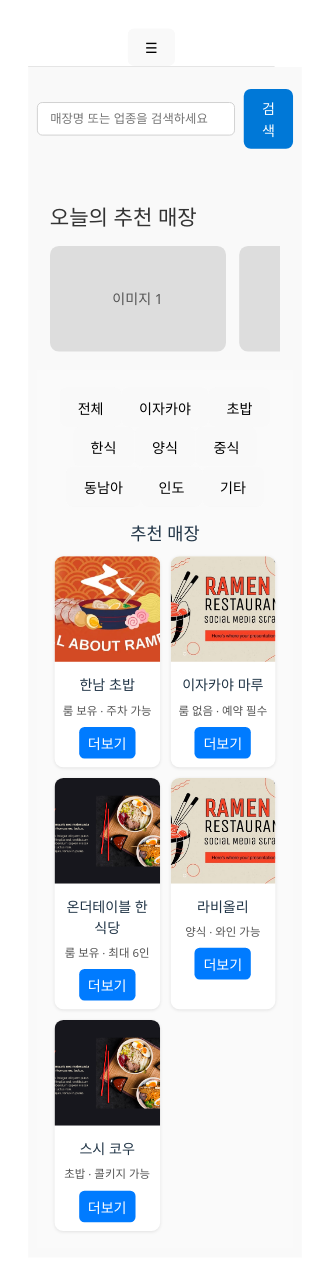
Repository: noiredex/Choplan-API
Page: / (app in choplan/frontend_main/)
These files come from the project's save history. The page is drawn as it stood at one moment and after the next save; the edit follows.
The browser window is 375 px wide. The pictures show the whole page, at 88% of full size.
The project was rebuilt for these pictures with package versions that can differ from the ones it lists, and the page was loaded fresh each time. Also part of the build but not shown: choplan/frontend_main/vite.config.js, choplan/frontend_main/vite.config.ts, choplan/frontend_main/src/styles/StoreDetailPage.css, choplan/frontend_main/src/pages/StoreDetailPage.jsx.

Above is the page before, as saved 2025-10-22 12:31:36.

### choplan/frontend_main/index.html
<!doctype html>
<html lang="en">
  <head>
    <meta charset="UTF-8" />
    <link rel="icon" type="image/svg+xml" href="/vite.svg" />
    <meta name="viewport" content="width=device-width, initial-scale=1.0" />
    <title>frontend_main</title>
  </head>
  <body>
    <div id="root"></div>
    <script type="module" src="/src/main.jsx"></script>
  </body>
</html>

### choplan/frontend_main/src/App.jsx
import { Routes, Route } from "react-router-dom";
import HomePage from "./pages/HomePage";
import StoreDetailPage from "./pages/StoreDetailPage";
import "./App.css";

export default function App() {
  return (
    <Routes>
      <Route path="/" element={<HomePage />} />
      <Route path="/store/:id" element={<StoreDetailPage />} />
    </Routes>
  );
}

### choplan/frontend_main/src/pages/Homepage.jsx
import React, { useState } from "react";
import Sidebar from "../components/common/Sidebar";
import SearchBar from "../components/home/SearchBar";
import BannerSlider from "../components/home/BannerSlider";
import RecommendedStores from "../components/home/RecommendedStores";
import "../styles/HomePage.css";

export default function HomePage() {
  const [selectedCategory, setSelectedCategory] = useState("전체"); // 기본값 유지
  const [searchQuery, setSearchQuery] = useState("");

  return (
    <div className="homepage-container">
      {/* Sidebar - 양방향 동기화 유지 */}
      <Sidebar
        selectedCategory={selectedCategory}
        onSelectCategory={setSelectedCategory}
        searchQuery={searchQuery}
      />

      <div className="main-content">
        {/* SearchBar */}
        <SearchBar onSearch={setSearchQuery} />

        {/* 배너 (자사 이벤트 or 공지 배너용) */}
        <BannerSlider />

        {/* 추천 매장 리스트 (검색 & 카테고리 동시 반영) */}
        <RecommendedStores
          selectedCategory={selectedCategory}
          searchQuery={searchQuery}
        />
      </div>
    </div>
  );
}

### choplan/frontend_main/src/components/common/Sidebar.jsx
import React, { useState, useEffect } from "react";
import "../../styles/Sidebar.css";

const categories = [
  "전체", // 모든 매장 보기
  "다이닝",
  "뷔페",
  "미쉐린",
  "이자카야",
  "초밥",
  "한식",
  "양식",
  "중식",
  "동남아",
  "인도",
  "기타",
];

export default function Sidebar({ selectedCategory, onSelectCategory, searchQuery }) {
  const [isOpen, setIsOpen] = useState(false);

  // 검색어 → 카테고리 자동 반영
  useEffect(() => {
    if (searchQuery && categories.includes(searchQuery)) {
      onSelectCategory(searchQuery);
    } else if (!searchQuery && selectedCategory !== "전체") {
      onSelectCategory("전체");
    }
  }, [searchQuery]);

  return (
    <div className={`sidebar ${isOpen ? "open" : ""}`}>
      <button className="sidebar-toggle" onClick={() => setIsOpen(!isOpen)}>
        ☰
      </button>

      {isOpen && (
        <ul className="sidebar-list">
          {categories.map((category) => (
            <li
              key={category}
              className={selectedCategory === category ? "active" : ""}
              onClick={() => onSelectCategory(category)}
            >
              {category}
            </li>
          ))}
        </ul>
      )}
    </div>
  );
}

### choplan/frontend_main/src/components/home/SearchBar.jsx
import React, { useState } from "react";
import "../../styles/SearchBar.css";

export default function SearchBar({ onSearch }) {
  const [query, setQuery] = useState("");

  const handleInputChange = (e) => {
    setQuery(e.target.value);
  };

  const handleSearch = (e) => {
    e.preventDefault();
    onSearch(query);
  };

  return (
    <form className="search-bar" onSubmit={handleSearch}>
      <input
        type="text"
        placeholder="매장명 또는 업종을 검색하세요"
        value={query}
        onChange={handleInputChange}
      />
      <button type="submit">검색</button>
    </form>
  );
}

### choplan/frontend_main/src/components/home/BannerSlider.jsx
import React from "react";
import "../../styles/BannerSlider.css"; // 스타일 파일 경로

export default function BannerSlider() {
  return (
    <div className="banner-slider">
      <div className="banner-content">
        <h2 className="banner-title">오늘의 추천 매장</h2>
        <div className="banner-slides">
          {/* TODO: 슬라이더 라이브러리 연결 전 임시 영역 */}
          <div className="slide-item">이미지 1</div>
          <div className="slide-item">이미지 2</div>
          <div className="slide-item">이미지 3</div>
        </div>
      </div>
    </div>
  );
}

### choplan/frontend_main/src/components/home/RecommendedStores.jsx
import React from "react";
import "../../styles/RecommendedStores.css";

const storeList = [
  { id: 1, name: "한남 초밥", desc: "룸 보유 · 주차 가능", category: "초밥", image: "/assets/banner1.jpg" },
  { id: 2, name: "이자카야 마루", desc: "룸 없음 · 예약 필수", category: "이자카야", image: "/assets/banner2.jpg" },
  { id: 3, name: "온더테이블 한식당", desc: "룸 보유 · 최대 6인", category: "한식", image: "/assets/banner3.jpg" },
  { id: 4, name: "라비올리", desc: "양식 · 와인 가능", category: "양식", image: "/assets/banner2.jpg" },
  { id: 5, name: "스시 코우", desc: "초밥 · 콜키지 가능", category: "초밥", image: "/assets/banner3.jpg" },
];

export default function RecommendedStores({ selectedCategory, onCategoryChange }) {
  const categories = ["전체", "이자카야", "초밥", "한식", "양식", "중식", "동남아", "인도", "기타"];

  const filteredStores =
    selectedCategory === "전체"
      ? storeList
      : storeList.filter((store) => store.category === selectedCategory);

  return (
    <section className="recommended-stores">
      <div className="category-buttons">
        {categories.map((cat) => (
          <button
            key={cat}
            onClick={() => onCategoryChange(cat)}
            className={selectedCategory === cat ? "active" : ""}
          >
            {cat}
          </button>
        ))}
      </div>

      <h2>{selectedCategory === "전체" ? "추천 매장" : `${selectedCategory} 매장`}</h2>

      <div className="store-grid">
        {filteredStores.map((store) => (
          <div key={store.id} className="store-card">
            <img src={store.image} alt={store.name} />
            <h3>{store.name}</h3>
            <p>{store.desc}</p>
            <button>더보기</button>
          </div>
        ))}
      </div>
    </section>
  );
}

### choplan/frontend_main/src/styles/HomePage.css
/* ===== 기본 구조 ===== */
.home-container {
  display: flex;
  flex-direction: row;
  width: 100%;
  min-height: 100vh;
  background-color: #f9f9f9;
  overflow: hidden;
}

/* ===== 사이드바 ===== */
.sidebar {
  width: 250px;
  min-width: 200px;
  max-width: 280px;
  background-color: #ffffff;
  border-right: 1px solid #ddd;
  overflow-y: auto;
  transition: all 0.3s ease;
}

.sidebar-list {
  list-style: none;
  margin: 0;
  padding: 0;
}

.sidebar-list li {
  padding: 14px 18px;
  border-bottom: 1px solid #eee;
  cursor: pointer;
  transition: background 0.2s;
}

.sidebar-list li:hover,
.sidebar-list li.active {
  background-color: #f0f0f0;
}

/* ===== 메인 콘텐츠 ===== */
.main-content {
  flex: 1;
  padding: 24px;
  overflow-y: auto;
  background-color: #f9f9f9;
  display: flex;
  flex-direction: column;
  align-items: stretch;
}

.search-bar {
  margin-bottom: 20px;
}

.search-bar input {
  width: 100%;
  padding: 10px 14px;
  border: 1px solid #ccc;
  border-radius: 6px;
  font-size: 16px;
}

/* ===== PC / 데스크탑 (>=1025px) ===== */
@media (min-width: 1025px) {
  .home-container {
    flex-direction: row;
  }

  .sidebar {
    position: relative;
    height: 100vh;
  }

  .main-content {
    padding: 24px 40px;
  }
}

/* ===== 태블릿 (<=1024px) ===== */
@media (max-width: 1024px) {
  .home-container {
    flex-direction: column;
  }

  .sidebar {
    width: 100%;
    height: auto;
    border-right: none;
    border-bottom: 1px solid #ddd;
  }

  .sidebar-list {
    display: flex;
    flex-wrap: nowrap;
    overflow-x: auto;
  }

  .sidebar-list li {
    flex: 0 0 auto;
    border-bottom: none;
    border-right: 1px solid #eee;
    white-space: nowrap;
  }

  .main-content {
    padding: 16px;
  }
}

/* ===== 모바일 (<=600px) ===== */
@media (max-width: 600px) {
  .home-container {
    flex-direction: column;
  }

  .sidebar-list li {
    font-size: 14px;
    padding: 10px 12px;
  }

  .main-content {
    padding: 10px;
  }

  .search-bar input {
    width: 100%;
    font-size: 14px;
  }
}

### choplan/frontend_main/src/styles/Sidebar.css
.recommended-stores {
  padding: 20px;
  background: #fafafa;
}

.recommended-stores h2 {
  font-size: 20px;
  margin-bottom: 10px;
}

.category-filter {
  display: flex;
  gap: 8px;
  overflow-x: auto;
  margin-bottom: 16px;
}

.category-btn {
  padding: 8px 14px;
  border-radius: 20px;
  background: #e8e8e8;
  border: none;
  cursor: pointer;
  transition: all 0.2s;
  white-space: nowrap;
}

.category-btn.active {
  background: #007bff;
  color: white;
}

.store-grid {
  display: grid;
  grid-template-columns: 1fr 1fr;
  gap: 12px;
}

.store-card {
  background: white;
  border-radius: 10px;
  overflow: hidden;
  box-shadow: 0 1px 4px rgba(0, 0, 0, 0.1);
}

.store-card img {
  width: 100%;
  height: 120px;
  object-fit: cover;
}

.store-card h3 {
  margin: 8px;
  font-size: 16px;
}

.store-card p {
  margin: 0 8px 8px;
  color: #555;
  font-size: 13px;
}

.store-card button {
  margin: 0 8px 10px;
  padding: 6px 10px;
  border-radius: 6px;
  background: #007bff;
  color: white;
  border: none;
  cursor: pointer;
}

### choplan/frontend_main/src/styles/SearchBar.css
.search-bar {
  display: flex;
  justify-content: center;
  align-items: center;
  margin: 15px 0 25px 0;
  gap: 10px;
}

.search-bar input {
  width: 70%;
  padding: 10px 14px;
  border: 1px solid #ccc;
  border-radius: 8px;
  font-size: 1rem;
}

.search-bar button {
  background-color: #0078d7;
  color: white;
  border: none;
  padding: 10px 18px;
  border-radius: 8px;
  cursor: pointer;
  transition: background 0.2s ease;
}

.search-bar button:hover {
  background-color: #005fa3;
}

### choplan/frontend_main/src/styles/BannerSlider.css
.banner-slider {
  width: 100%;
  background-color: #f9f9f9;
  padding: 20px 0;
  display: flex;
  justify-content: center;
  align-items: center;
}

.banner-content {
  width: 90%;
  max-width: 1200px;
}

.banner-title {
  font-size: 1.5rem;
  font-weight: 600;
  margin-bottom: 15px;
  text-align: left;
  color: #333;
}

.banner-slides {
  display: flex;
  gap: 15px;
  overflow-x: auto;
}

.slide-item {
  flex: 0 0 200px;
  height: 120px;
  background-color: #ddd;
  border-radius: 10px;
  display: flex;
  align-items: center;
  justify-content: center;
  color: #555;
  font-weight: 500;
}

### choplan/frontend_main/src/styles/RecommendedStores.css
.recommended-stores {
  padding: 20px;
  background: #fafafa;
}

.recommended-stores h2 {
  font-size: 20px;
  margin-bottom: 10px;
}

.category-filter {
  display: flex;
  gap: 8px;
  overflow-x: auto;
  margin-bottom: 16px;
}

.category-btn {
  padding: 8px 14px;
  border-radius: 20px;
  background: #e8e8e8;
  border: none;
  cursor: pointer;
  transition: all 0.2s;
  white-space: nowrap;
}

.category-btn.active {
  background: #007bff;
  color: white;
}

.store-grid {
  display: grid;
  grid-template-columns: 1fr 1fr;
  gap: 12px;
}

.store-card {
  background: white;
  border-radius: 10px;
  overflow: hidden;
  box-shadow: 0 1px 4px rgba(0, 0, 0, 0.1);
}

.store-card img {
  width: 100%;
  height: 120px;
  object-fit: cover;
}

.store-card h3 {
  margin: 8px;
  font-size: 16px;
}

.store-card p {
  margin: 0 8px 8px;
  color: #555;
  font-size: 13px;
}

.store-card button {
  margin: 0 8px 10px;
  padding: 6px 10px;
  border-radius: 6px;
  background: #007bff;
  color: white;
  border: none;
  cursor: pointer;
}

Loaded but not shown: choplan/frontend_main/src/main.jsx (common file); choplan/frontend_main/src/index.css (common file); choplan/frontend_main/src/App.css (common file)

After the next save:
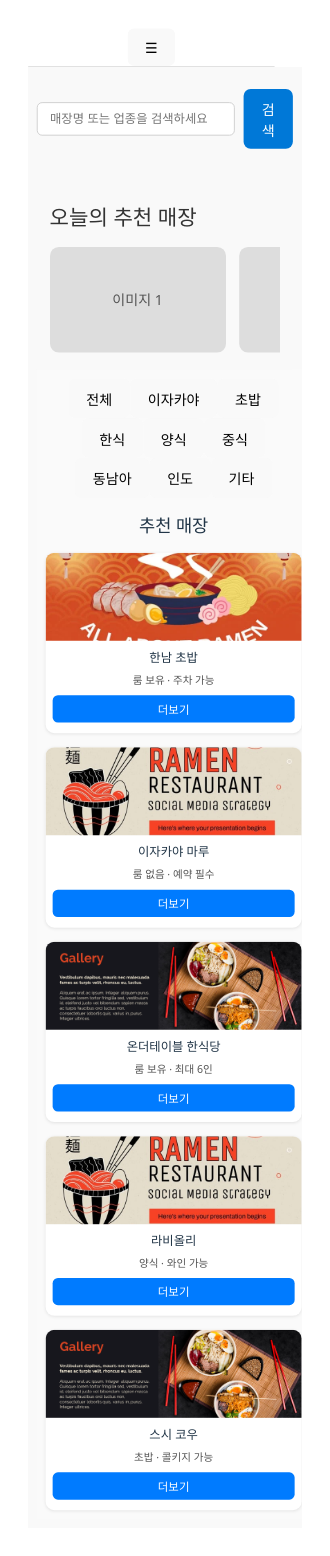
Saved 22 s later.
--- a/choplan/frontend_main/src/styles/RecommendedStores.css
+++ b/choplan/frontend_main/src/styles/RecommendedStores.css
@@ -1,15 +1,19 @@
+/* ===== 기본 구조 ===== */
 .recommended-stores {
   padding: 20px;
   background: #fafafa;
+  width: 100%;
 }
 
 .recommended-stores h2 {
   font-size: 20px;
-  margin-bottom: 10px;
+  margin-bottom: 16px;
 }
 
+/* ===== 카테고리 버튼 ===== */
 .category-filter {
   display: flex;
+  flex-wrap: wrap;
   gap: 8px;
   overflow-x: auto;
   margin-bottom: 16px;
@@ -23,6 +27,11 @@
   cursor: pointer;
   transition: all 0.2s;
   white-space: nowrap;
+  font-size: 14px;
+}
+
+.category-btn:hover {
+  background: #d6d6d6;
 }
 
 .category-btn.active {
@@ -30,10 +39,11 @@
   color: white;
 }
 
+/* ===== 매장 카드 영역 ===== */
 .store-grid {
   display: grid;
-  grid-template-columns: 1fr 1fr;
-  gap: 12px;
+  grid-template-columns: repeat(2, 1fr);
+  gap: 16px;
 }
 
 .store-card {
@@ -41,31 +51,94 @@
   border-radius: 10px;
   overflow: hidden;
   box-shadow: 0 1px 4px rgba(0, 0, 0, 0.1);
+  display: flex;
+  flex-direction: column;
+  justify-content: space-between;
+  transition: transform 0.2s;
+}
+
+.store-card:hover {
+  transform: translateY(-2px);
 }
 
 .store-card img {
   width: 100%;
-  height: 120px;
+  height: 140px;
   object-fit: cover;
 }
 
 .store-card h3 {
   margin: 8px;
   font-size: 16px;
+  font-weight: 600;
 }
 
 .store-card p {
   margin: 0 8px 8px;
   color: #555;
   font-size: 13px;
+  line-height: 1.4;
 }
 
 .store-card button {
-  margin: 0 8px 10px;
-  padding: 6px 10px;
+  margin: 0 8px 12px;
+  padding: 8px 12px;
   border-radius: 6px;
   background: #007bff;
   color: white;
   border: none;
   cursor: pointer;
+  transition: all 0.2s;
 }
+
+.store-card button:hover {
+  background: #0056b3;
+}
+
+/* ===== 태블릿 (1024px 이하) ===== */
+@media (max-width: 1024px) {
+  .recommended-stores {
+    padding: 16px;
+  }
+
+  .store-grid {
+    grid-template-columns: 1fr 1fr;
+  }
+
+  .store-card img {
+    height: 120px;
+  }
+}
+
+/* ===== 모바일 (600px 이하) ===== */
+@media (max-width: 600px) {
+  .recommended-stores {
+    padding: 10px;
+  }
+
+  .category-filter {
+    flex-wrap: nowrap;
+    overflow-x: auto;
+  }
+
+  .store-grid {
+    grid-template-columns: 1fr;
+  }
+
+  .store-card img {
+    height: 100px;
+  }
+
+  .store-card h3 {
+    font-size: 14px;
+  }
+
+  .store-card p {
+    font-size: 12px;
+  }
+
+  .store-card button {
+    font-size: 13px;
+    padding: 6px 10px;
+  }
+}
